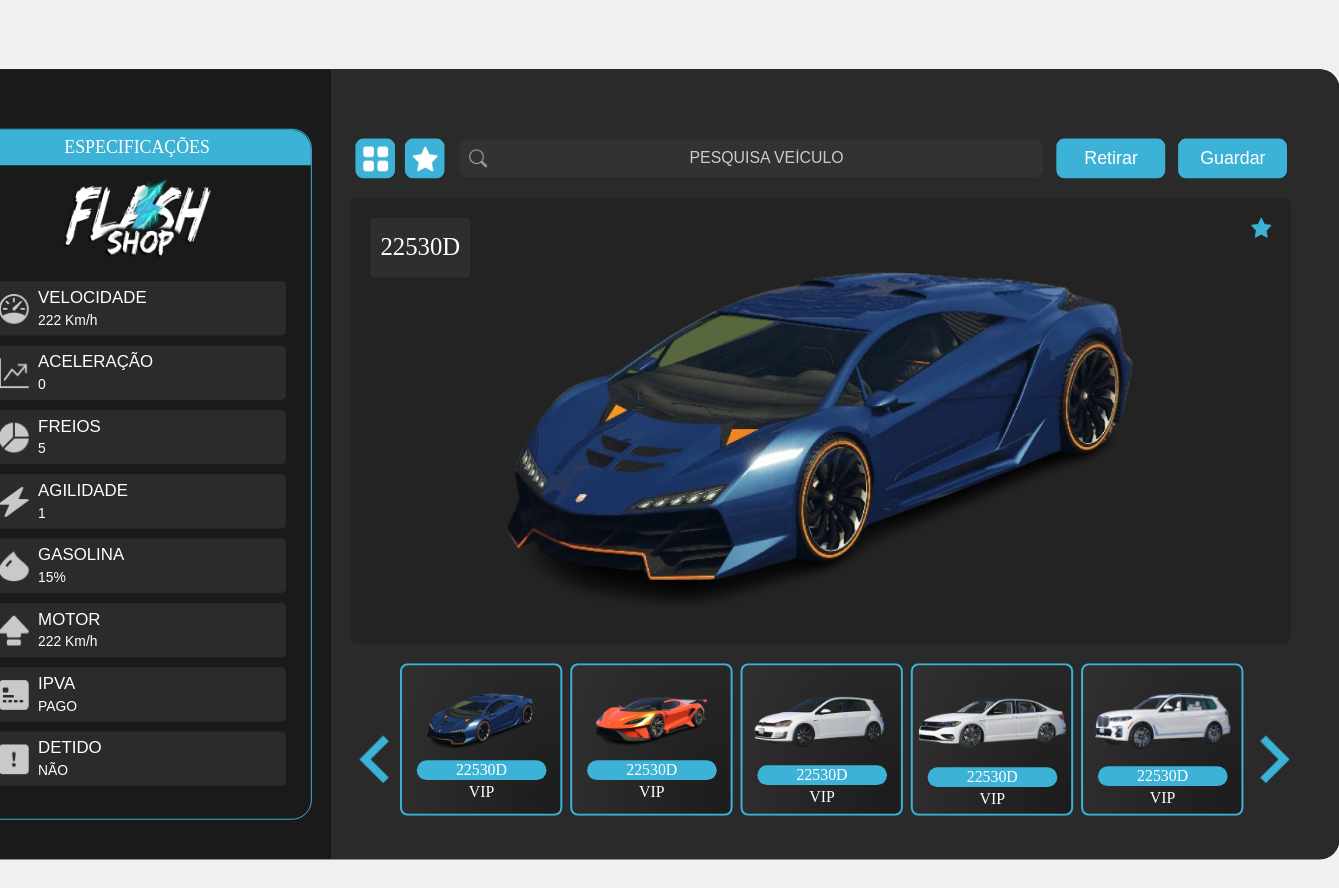
Repository: DuMCorrea/Garagem
Page: index.html
These files come from the project's save history. The page is drawn as it stood at one moment and after the next save; the edit follows.
The browser window is 1280 px wide. The page is 1353 px wide, so the pictures cover 1353 px, including what lies to the right of the window. The pictures show the whole page, at 99% of full size.
Some web fonts or font styles are not loaded; a fallback is used.

Above is the page before, as saved 2024-08-22 20:19:27.

### index.html
<!DOCTYPE html>
<html lang="pt-BR">
<head>
    <meta charset="UTF-8">
    <meta name="viewport" content="width=device-width, initial-scale=1.0">
    <link href="https://fonts.googleapis.com/css2?family=Baloo+Bhai&display=swap" rel="stylesheet">
    <title>Div Principal</title>
    <link rel="stylesheet" href="styles.css">
</head>
<body>
    <div class="div-principal">
        <div class="div-esquerda">
            <div class="retangulo-informacoes-3 duplicadoo">
                <img src="assets/FlashStore 2.png" alt="Imagem Mecânico" class="imagem-mecanico">
                <div class="titulo-retangulo">ESPECIFICAÇÕES</div>
                <div class="saldo-conteudo">
                    <div class="saldo-item">
                        <img src="assets/Velo.png" alt="Imagem de Carteira" class="saldo-imagem">
                        <div class="saldo-texto">
                            <p class="saldo-titulo">VELOCIDADE</p>
                            <p class="saldo-valor">222 Km/h</p>
                        </div>
                    </div>
                    <div class="saldo-item">
                        <img src="assets/Ace.png" alt="Imagem de Carteira" class="saldo-imagem">
                        <div class="saldo-texto">
                            <p class="saldo-titulo">ACELERAÇÃO</p>
                            <p class="saldo-valor">0</p>
                        </div>
                    </div>
                    <div class="saldo-item">
                        <img src="assets/Freios.png" alt="Imagem de Carteira" class="saldo-imagem">
                        <div class="saldo-texto">
                            <p class="saldo-titulo">FREIOS</p>
                            <p class="saldo-valor">5</p>
                        </div>
                    </div>
                    <div class="saldo-item">
                        <img src="assets/Agi.png" alt="Imagem de Carteira" class="saldo-imagem">
                        <div class="saldo-texto">
                            <p class="saldo-titulo">AGILIDADE</p>
                            <p class="saldo-valor">1</p>
                        </div>
                    </div>
                    <div class="saldo-item">
                        <img src="assets/Gaso.png" alt="Imagem de Carteira" class="saldo-imagem">
                        <div class="saldo-texto">
                            <p class="saldo-titulo">GASOLINA</p>
                            <p class="saldo-valor">15%</p>
                        </div>
                    </div>
                    <div class="saldo-item">
                        <img src="assets/Motor.png" alt="Imagem de Carteira" class="saldo-imagem">
                        <div class="saldo-texto">
                            <p class="saldo-titulo">MOTOR</p>
                            <p class="saldo-valor">222 Km/h</p>
                        </div>
                    </div>
                    <div class="saldo-item">
                        <img src="assets/Ipva.png" alt="Imagem de Carteira" class="saldo-imagem">
                        <div class="saldo-texto">
                            <p class="saldo-titulo">IPVA</p>
                            <p class="saldo-valor">PAGO</p>
                        </div>
                    </div>
                    <div class="saldo-item">
                        <img src="assets/Detido.png" alt="Imagem de Carteira" class="saldo-imagem">
                        <div class="saldo-texto">
                            <p class="saldo-titulo">DETIDO</p>
                            <p class="saldo-valor">NÃO</p>
                        </div>
                    </div>

                </div>
            </div>
        </div>


        <div class="div-direita">
            <div class="retangulo-fundo">
                <!-- Adicionando os quadrados e o input de pesquisa ao fundo -->
                <div class="container-quadrados">
                    <button class="botao-quadrado-azul">
                        <img src="assets/4Quadrados.png" alt="Ícone 1" class="pequena-imagem">
                    </button>
                    <button class="botao-quadrado-azul">
                        <img src="assets/estrela.png" alt="Ícone 2" class="pequena-imagem">
                    </button>
                    <div class="input-container">
                        <input type="text" class="input-pesquisa" placeholder="PESQUISA VEÍCULO">
                        <button class="botao-icone-pesquisa">
                            <img src="assets/lupa (2).png" alt="Ícone Pesquisa" class="icone-pesquisa">
                        </button>
                        <!-- Novos retângulos ao lado do input -->
                        <button class="botao-retangulo-azul">Retirar</button>
                        <button class="botao-retangulo-azul">Guardar</button>
                    </div>
                </div>

                <div class="codigo-overlay">22530D</div>
                <img src="assets/CarroMaior.png" alt="Imagem Central" class="imagem-central">
                <img src="assets/estrelaAzul.png" alt="Ícone Superior Direito" class="imagem-direita">
            </div>

            <button class="imagem-lateral imagem-lateral-esquerda">
                <img src="assets/menorMaior.png" alt="Imagem Esquerda">
            </button>

            <!-- Nova seção para os cards com fundo retangular azul claro -->
            <div class="fundo-cards">
                <div class="cards-container">
                    <div class="card">
                        <img src="assets/carro1.png" alt="Card 1" class="card-image">
                        <div class="card-content">
                            <div class="card-code">22530D</div>
                            <div class="card-vip">VIP</div>
                        </div>
                    </div>
                    <div class="card">
                        <img src="assets/carro2.png" alt="Card 2" class="card-image">
                        <div class="card-content">
                            <div class="card-code">22530D</div>
                            <div class="card-vip">VIP</div>
                        </div>
                    </div>
                    <div class="card">
                        <img src="assets/carro3.png" alt="Card 3" class="card-image2">
                        <div class="card-content">
                            <div class="card-code">22530D</div>
                            <div class="card-vip">VIP</div>
                        </div>
                    </div>
                    <div class="card">
                        <img src="assets/carro4.png" alt="Card 4" class="card-image3">
                        <div class="card-content">
                            <div class="card-code">22530D</div>
                            <div class="card-vip">VIP</div>
                        </div>
                    </div>
                    <div class="card">
                        <img src="assets/carro5.png" alt="Card 5" class="card-image4">
                        <div class="card-content">
                            <div class="card-code">22530D</div>
                            <div class="card-vip">VIP</div>
                        </div>
                    </div>
                    <button class="imagem-lateral imagem-lateral-direita">
                        <img src="assets/maiorMenor.png" alt="Imagem Direita">
                    </button>
                </div>
            </div>
        </div>







    </div>
</body>
</html>

### styles.css
body {
    display: flex;
    flex-direction: column;
    align-items: center;
    margin: 0;
    background-color: #f0f0f0;
    font-family: 'Baloo Bhai';
    overflow-y: auto;
    margin-top: 70px;
}

.div-principal {
    position: relative;
    display: flex;
    width: 1425px;
    height: 798px;
    border-radius: 20px;
    background-color: #010101;
    margin-bottom: 20px;
}

.div-esquerda {
    width: 27%; /* Ocupa 30% da largura da div-principal */
    background-color: #1A1A1A; /* Cor de fundo diferente para destaque */
    border-radius: 20px 0px 0px 20px; /* Canto arredondado na esquerda */
    padding: 20px;
}

.div-direita {
    width: 72%; /* Ocupa 70% da largura da div-principal */
    background-color: #2A2A2A; /* Cor de fundo diferente para destaque */
    border-radius: 0px 20px 20px 0px; /* Canto arredondado na direita */
    padding: 20px;
}

.retangulo-informacoes-3 {
    width: 320px;
    height: 232px;
    position: absolute;
    top: 580px;
    left: 462px;
    border-radius: 20px;
    border: 1px solid #3CB3D6;
    background-color: rgba(0, 0, 0, 0); /* Ajuste da opacidade de fundo */
    opacity: 1; /* Visibilidade ativada */
}
.duplicadoo {
    width: 350px;
    height: 696px;
    position: absolute;
    top: 60px;
    left: 35px;
    border-radius: 20px;
    border: 1px solid #3CB3D6;
    background-color: rgba(0, 0, 0, 0); /* Ajuste da opacidade de fundo */
    opacity: 1; /* Visibilidade ativada */
}

.titulo-retangulo {
    width: 100%; /* Ajusta a largura ao do retângulo */
    height: 36px;
    background: #3CB3D6; /* Cor de fundo */
    border-radius: 20px 20px 0 0; /* Arredonda apenas os cantos superiores */
    color: white; /* Cor do texto */
    font-size: 18px; /* Tamanho do texto */
    line-height: 36px; /* Centraliza verticalmente o texto */
    text-align: center; /* Centraliza horizontalmente o texto */
    position: absolute;
    top: 0; /* Alinha o título ao topo do retângulo */
    left: 0; /* Alinha o título à esquerda do retângulo */
}

.status-rectangle {
    width: 300px;
    height: 35px;
    position: absolute;
    top: 130px;
    left: 16px;
    display: flex;
    align-items: center;
    justify-content: space-between; /* Ajuste para espaçar os textos */
    padding: 0 10px; /* Adicione um pequeno padding para afastar o texto das bordas */
    border-radius: 5px;
    opacity: 1; /* Tornar o retângulo visível */
    background: #37373796;
  }
  .status-text {
    font-size: 14px;
    color: #fff;
    font-family: 'Baloo Bhai', sans-serif;
  }

  .imagem-mecanico {
    display: block;
    margin: 0 auto; /* Centraliza a imagem horizontalmente */
    width: 50%; /* Ajuste a largura da imagem conforme necessário */
    height: 25%; /* Ajuste a altura da imagem conforme necessário */
    position: absolute;
    top: 0px; /* Ajuste a posição vertical da imagem */
    left: 50%;
    transform: translateX(-50%); /* Centraliza a imagem em relação ao retângulo */
}








.saldo-imagem {
    width: 30px;
    height: 30px;
    margin-right: 10px; /* Espaçamento entre a imagem e o texto */
}
.saldo-conteudo {
    display: flex;
    flex-direction: column;
    align-items: center;
    justify-content: center;
    height: 100%;
    padding: 10px;
    gap: 10px; /* Espaçamento entre os retângulos */
    margin-top: 50px;
}

.saldo-item {
    display: flex;
    align-items: center;
    width: 280px;
    height: 35px;
    border-radius: 5px;
    background: #37373796;
    padding: 10px;
}

.saldo-texto {
    display: flex;
    flex-direction: column;
    gap: 2px; /* Espaçamento reduzido entre o título e o valor */
    font-family: 'Baloo Bhai', sans-serif;


}

.saldo-titulo {
    font-family: 'Baloo Bhai', sans-serif;
    font-size: 17px;
    font-weight: 400;
    line-height: 20px; /* Ajuste na altura da linha para deixar os textos mais próximos */
    text-align: left;
    color: white;
    margin: 0;
}
.saldo-valor {
    font-family: 'Baloo Bhai', sans-serif;
    font-size: 14px;
    font-weight: 400;
    line-height: 20px; /* Ajuste na altura da linha para deixar os textos mais próximos */
    text-align: left;
    color: white;
    margin: 0;
}



/* DIV DA DIREITA */

/* Estilo para o contêiner dos quadrados e do input de pesquisa */
.container-quadrados {
    position: absolute;
    top: -60px; /* Ajuste para posicionar os quadrados acima do fundo */
    left: 5px; /* Ajuste para mover os quadrados mais para a esquerda */
    display: flex;
    gap: 10px; /* Espaçamento entre os quadrados e o input */
}

.botao-quadrado-azul {
    width: 40px; /* Tamanho do quadrado */
    height: 40px; /* Tamanho do quadrado */
    background-color: #3CB3D6; /* Cor de fundo azul claro */
    display: flex;
    justify-content: center;
    align-items: center;
    border: none; /* Remove a borda padrão */
    border-radius: 8px; /* Bordas arredondadas */
    cursor: pointer; /* Indica que o elemento é clicável */
    padding: 0; /* Remove o padding padrão do botão */
    margin: 0; /* Remove a margem padrão do botão */
}

.pequena-imagem {
    width: 25px; /* Tamanho da imagem */
    height: 25px;
}

/* Estilo para o contêiner do input e ícone */
.input-container {
    position: relative; /* Define o contexto para o ícone */
    margin-left: 5px; /* Espaçamento entre os quadrados e o input */
}

/* Estilo para o input de pesquisa */
.input-pesquisa {
    padding: 10px 10px 10px 40px; /* Espaçamento interno, espaço adicional à esquerda para o ícone */
    width: 540px; /* Largura do input */
    background: rgba(62, 62, 62, 0.42); /* Cor de fundo com opacidade */
    border: none; /* Remove a borda padrão */
    border-radius: 8px; /* Bordas arredondadas */
    color: #fff; /* Cor do texto */
    font-size: 16px; /* Tamanho da fonte */
    text-align: center; /* Centraliza o texto do placeholder */
}

.input-pesquisa::placeholder {
    color: #ccc; /* Cor do placeholder */
}

/* Estilo para o botão da lupa */
.botao-icone-pesquisa {
    position: absolute; /* Alinha o botão com o input */
    left: 10px; /* Alinha o ícone à esquerda dentro do input */
    top: 50%; /* Alinha verticalmente o ícone no centro */
    transform: translateY(-50%); /* Corrige o alinhamento vertical */
    width: 18px; /* Tamanho do botão */
    height: 18px; /* Tamanho do botão */
    background: transparent; /* Remove o fundo do botão */
    border: none; /* Remove a borda padrão do botão */
    cursor: pointer; /* Indica que o botão é clicável */
    padding: 0; /* Remove o padding padrão do botão */
    display: flex; /* Centraliza o ícone dentro do botão */
    justify-content: center;
    align-items: center;
}
/* Estilo para o ícone dentro do botão */
.botao-icone-pesquisa img {
    width: 18px; /* Tamanho do ícone */
    height: 18px; /* Tamanho do ícone */
}

/* Outros estilos existentes */
.retangulo-fundo {
    width: 950px;
    height: 450px;
    background: rgba(29, 28, 28, 0.48); /* Cor com opacidade */
    border-radius: 8px;
    display: flex;
    justify-content: center;
    align-items: center;
    margin-top: 110px;
    position: relative; /* Define a posição relativa para o fundo */
}

.imagem-central {
    width: 650px;
    height: 378.6px;
}

.codigo-overlay {
    position: absolute;
    top: 20px; /* Ajusta a posição para o canto superior */
    left: 20px; /* Ajusta a posição para o canto esquerdo */
    padding: 5px 10px;
    background: rgba(62, 62, 62, 0.42); /* Cor com opacidade */
    border-radius: 4px;
    color: #fff;
    font-size: 25px;
    line-height: 50px;
}

.imagem-direita {
    position: absolute;
    top: 20px; /* Posição no canto superior */
    right: 20px; /* Posição no canto direito */
    width: 20px; /* Ajuste o tamanho conforme necessário */
    height: 20px; /* Ajuste o tamanho conforme necessário */
}

.botao-quadrado-azul img {
    width: 25px; /* Tamanho da imagem */
    height: 25px;
}
/* Estilo para os botões dos retângulos */
.botao-retangulo-azul {
    width: 110px; /* Largura dos retângulos */
    height: 40px; /* Altura dos retângulos */
    background-color: #3CB3D6; /* Cor de fundo azul claro */
    display: flex;
    justify-content: center;
    align-items: center;
    border: none; /* Remove a borda padrão */
    border-radius: 8px; /* Bordas arredondadas */
    color: #fff; /* Cor do texto */
    font-size: 18px; /* Tamanho da fonte */
    cursor: pointer; /* Indica que o elemento é clicável */
    margin-left: 12px; /* Espaçamento entre o input e os retângulos */
    padding: 0; /* Remove o padding padrão do botão */
}

/* Estilo para o contêiner do input e ícone, ajustando o espaço para os retângulos */
/* Ajusta o contêiner do input e ícone para incluir os botões */
.input-container {
    position: relative; /* Define o contexto para o ícone e botões */
    margin-left: 5px; /* Espaçamento entre os quadrados e o input */
    display: flex; /* Organiza os itens horizontalmente */
    align-items: center; /* Alinha verticalmente os itens */
    gap: 1px; /* Espaçamento entre os itens */
}




/* Estilo para o código do card com fundo retangular azul */
.card-code {
    font-size: 16px; /* Tamanho da fonte ajustado */
    margin-bottom: 3px; /* Espaçamento abaixo do código */
    margin-top: 7px;
    background: #3CB3D6; /* Cor de fundo azul */
    color: #fff; /* Cor do texto branca para contraste */
    padding: 1px 40px; /* Espaçamento interno */
    border-radius: 10px; /* Bordas arredondadas */
    display: inline-block; /* Garante que o fundo azul se ajuste ao texto */
}

/* Estilo para a nova seção de cards */
.cards-container {
    display: flex; /* Organiza os cards horizontalmente */
    justify-content: flex-start; /* Alinha os cards no início da linha */
    flex-wrap: nowrap; /* Não permite quebra de linha, todos os cards na mesma linha */
    gap: 8px; /* Espaçamento entre os cards */
    margin-top: 20px; /* Espaçamento acima dos cards */
    margin-left: 50px; /* Espaçamento à esquerda da div para mover os cards mais para a direita */
    overflow-x: auto; /* Permite rolagem horizontal se os cards não cabem na tela */
}

/* Estilo para cada card */
.card {
    width: 160px; /* Largura aumentada do card */
    height: 150px; /* Altura aumentada do card */
    background: radial-gradient(547.21% 823.76% at 94.51% 88.04%, #1D1C1C 0%, #837E7E 100%); /* Cor de fundo do card */
    border: 2px solid #3CB3D6; /* Borda do card */
    border-radius: 8px; /* Bordas arredondadas */
    display: flex; /* Organiza o conteúdo verticalmente */
    flex-direction: column; /* Organiza os itens na vertical */
    align-items: center; /* Alinha o conteúdo horizontalmente no centro */
    justify-content: center; /* Alinha o conteúdo verticalmente no centro */
    overflow: hidden; /* Esconde qualquer parte do conteúdo que exceda os limites do card */
}

/* Estilo para a imagem do card */
.card-image {
    width: 70%; /* Largura da imagem */
    height: 40%; /* Altura da imagem reduzida */
    object-fit: cover; /* Cobre o espaço do card mantendo a proporção da imagem */
    margin-top: 15px;
}
.card-image2 {
    width: 120%; /* Largura da imagem */
    height: 80%; /* Altura da imagem reduzida */
    object-fit: cover; /* Cobre o espaço do card mantendo a proporção da imagem */
    margin-bottom: -20px;
    margin-top: -14px;
}
.card-image3 {
    width: 110%; /* Largura da imagem */
    height: 80%; /* Altura da imagem reduzida */
    object-fit: cover; /* Cobre o espaço do card mantendo a proporção da imagem */
    margin-bottom: -18px;
    margin-top: -12px;
}
.card-image4 {
    width: 100%; /* Largura da imagem */
    height: 70%; /* Altura da imagem reduzida */
    object-fit: cover; /* Cobre o espaço do card mantendo a proporção da imagem */
    margin-top: 0px;
    margin-bottom: -17px;
}

/* Estilo para o conteúdo do card */
.card-content {
    width: 100%; /* Largura do conteúdo */
    text-align: center; /* Centraliza o texto */
    color: #fff; /* Cor do texto */
    padding: 5px 0; /* Espaçamento interno */
}

/* Estilo para o código do card */
.card-code {
    font-size: 16px; /* Tamanho da fonte ajustado */
    margin-bottom: 3px; /* Espaçamento abaixo do código */
}

.imagem-lateral {
    position: absolute;
    top: 50%;
    transform: translateY(-50%);
    width: 25px; /* Ajuste o tamanho conforme necessário */
    height: 2px;
    background: none; /* Remove o fundo do botão */
    border: none; /* Remove a borda do botão */
    padding: 0; /* Remove o padding do botão */
    cursor: pointer; /* Muda o cursor para indicar que é um botão */
}

.imagem-lateral-esquerda {
    left: 0; /* Posiciona a imagem à esquerda dos cards */
    margin-left: 435px; /* Ajusta a distância da imagem em relação ao contêiner */
    margin-top: 275px;
}

.imagem-lateral-direita {
    right: 0; /* Posiciona a imagem à direita dos cards */
    margin-right: 55px; /* Ajusta a distância da imagem em relação ao contêiner */
    margin-top: 275px;
}

After the next save:
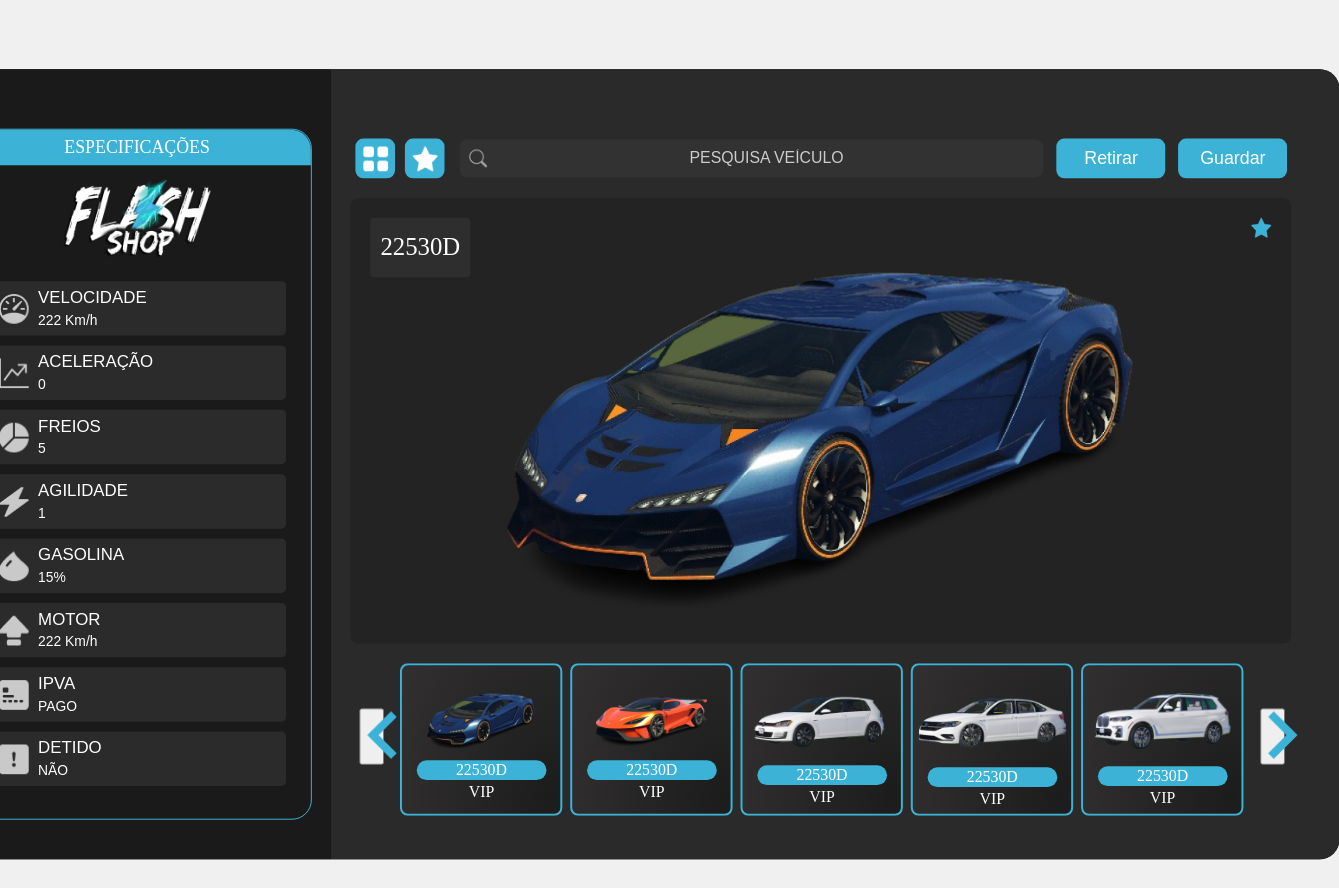
Saved 8 s later.
--- a/styles.css
+++ b/styles.css
@@ -395,11 +395,7 @@
     top: 50%;
     transform: translateY(-50%);
     width: 25px; /* Ajuste o tamanho conforme necessário */
-    height: 2px;
-    background: none; /* Remove o fundo do botão */
-    border: none; /* Remove a borda do botão */
-    padding: 0; /* Remove o padding do botão */
-    cursor: pointer; /* Muda o cursor para indicar que é um botão */
+    height: auto;
 }
 
 .imagem-lateral-esquerda {
